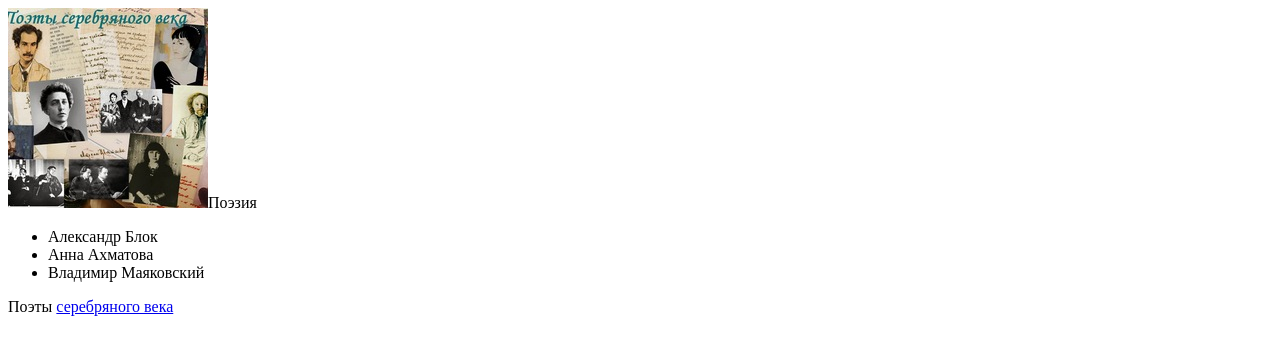
Repository: krissber/kristina.github.io
Page: week2/index.html
The author's editor kept a record of every edit. The page is drawn from the files as they stood at one moment, then again after the next edit.
The browser window is 1280 px wide. The pictures show the whole page.

Above is the page before.

After the next edit:
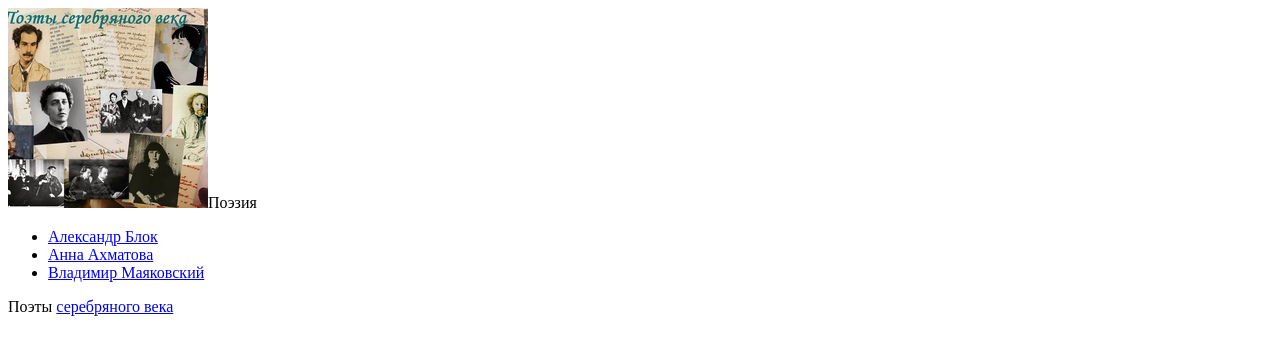
The edit:
--- a/week2/index.html
+++ b/week2/index.html
@@ -11,9 +11,9 @@
             </header>
             <nav>
                 <ul>
-                    <li>Александр Блок</li>
-                    <li>Анна Ахматова</li>
-                    <li>Владимир Маяковский</li>
+                    <li><a href="https://ru.wikipedia.org/wiki/Блок,_Александр_Александрович">Александр Блок</a></li>
+                    <li><a href="https://ru.wikipedia.org/wiki/Ахматова,_Анна_Андреевна">Анна Ахматова</a></li>
+                    <li><a href="https://ru.wikipedia.org/wiki/Маяковский,_Владимир_Владимирович">Владимир Маяковский</a></li>
                 </ul>
                 </nav>
                 <main>
